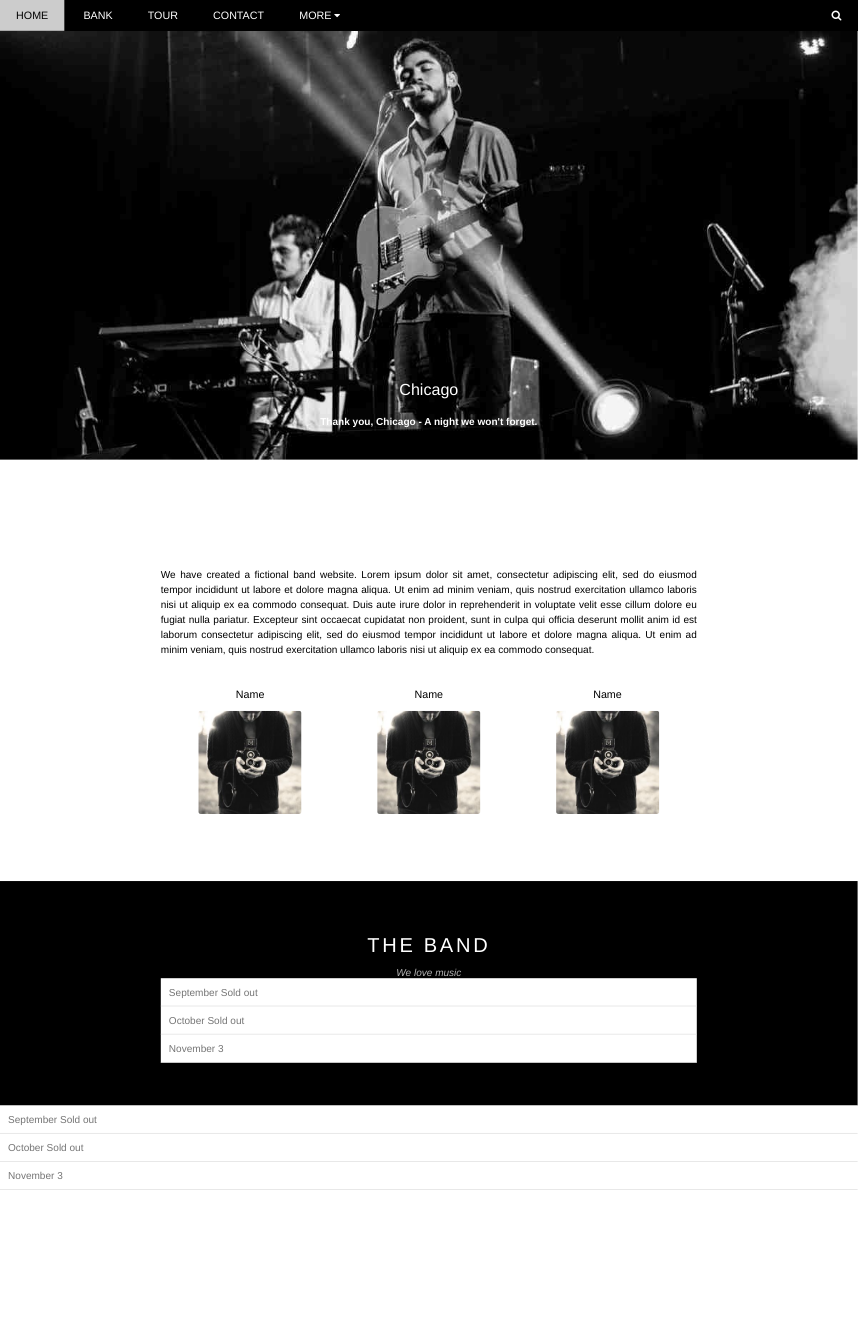
Repository: vuongtm1999/TheBand_W3School
Page: index.html
The author's editor kept a copy of each file at every save. The page is drawn from the files as they stood at one save, then again after the next save.
The browser window is 1280 px wide. The pictures show the whole page, at 67% of full size.

Above is the page before, as saved 2022-08-26 15:21:00.

### index.html
<!DOCTYPE html>
<html lang="en">
<head>
    <meta charset="UTF-8">
    <meta http-equiv="X-UA-Compatible" content="IE=edge">
    <meta name="viewport" content="width=device-width, initial-scale=1.0">
    <title>Document</title>
    <link rel="stylesheet" href="./assets/css/style.css">
    <link rel="stylesheet" href="https://cdnjs.cloudflare.com/ajax/libs/font-awesome/4.7.0/css/font-awesome.min.css">

</head>
<body>
        <div id="header">
            <!-- begin: nav -->
            <ul id="nav">
                <li><a href="#">Home</a></li>
                <li><a href="#">Bank</a></li>
                <li><a href="#">Tour</a></li>
                <li><a href="#">Contact</a></li>
                <li>
                    <a href="#">More <i style="font-size: 15px;" class="fa fa-caret-down"></i></a>
                    <ul class="subnav">
                        <li><a href="#">Merchandise</a></li>
                        <li><a href="#">Extras</a></li>
                        <li><a href="#">Media</a></li>
                    </ul>
                </li>
            </ul>
            <!-- end: nav -->

            <!-- begin: search button -->
            <div class="search-button">
                <i class="fa fa-search"></i>
            </div>
            <!-- end: search button -->
        </div>

        <div id="slider">
            <div class="text-content">
                <div class="container">
                    <h3 class=text-heading>
                        Chicago
                    </h3>
                    <div class="text-description">
                        Thank you, Chicago - A night we won't forget.
                    </div>
                </div>
            </div>
        </div>

        <div id="content">
            <!-- about section -->
            <div class="content-section">
                <h2 class="section-heading">THE BAND</h2>
                <p class="section-sub-heading">We love music</p>
                <p class="section-about-text">We have created a fictional band website. Lorem ipsum dolor sit amet, consectetur adipiscing elit, sed do eiusmod tempor incididunt ut labore et dolore magna aliqua. Ut enim ad minim veniam, quis nostrud exercitation ullamco laboris nisi ut aliquip ex ea commodo consequat. Duis aute irure dolor in reprehenderit in voluptate velit esse cillum dolore eu fugiat nulla pariatur. Excepteur sint occaecat cupidatat non proident, sunt in culpa qui officia deserunt mollit anim id est laborum consectetur adipiscing elit, sed do eiusmod tempor incididunt ut labore et dolore magna aliqua. Ut enim ad minim veniam, quis nostrud exercitation ullamco laboris nisi ut aliquip ex ea commodo consequat.</p>

                <div class="member-list">

                    <div class="member-item">
                        <p class="member-name">Name</p>
                        <img class="member-image" src="assets/img/bandmember.jpg" alt="member">
                    </div>

                    <div class="member-item">
                        <p class="member-name">Name</p>
                        <img class="member-image" src="assets/img/bandmember.jpg" alt="member">
                    </div>

                    <div class="member-item">
                        <p class="member-name">Name</p>
                        <img class="member-image" src="assets/img/bandmember.jpg" alt="member">
                    </div>

                    <div class="clearFloat"></div>
                </div>
            </div>

            <!-- TOUR DATES section -->
            <div class="tour-section">
                <div class="content-section">
                    <h2 class="section-heading">THE BAND</h2>
                    <p class="section-sub-heading">We love music</p>

                    <ul class="ticket-list">
                        <li>September <span class="soldout">Sold out</span></li>
                        <li>October <span class="soldout">Sold out</span></li>
                        <li>November <span class="quantity">3</span></li>
                    </ul>
                </div>
            </div>
            <ul class="ticket-list">
                <li>September <span class="soldout">Sold out</span></li>
                <li>October <span class="soldout">Sold out</span></li>
                <li>November <span class="quantity">3</span></li>
            </ul>

            <!-- CONTACT section -->
            <div class="content-section">
                <h2 class="section-heading">THE BAND</h2>
                <p class="section-sub-heading">We love music</p>
            </div>

        </div>

        <div id="footer">

        </div>
    </div>
</body>
</html>

### assets/css/style.css
/* reset CSS */
* {
    margin: 0;
    padding: 0;
    box-sizing: border-box;
}

html {
    font-family: Helvetica, Arial, sans-serif;
}

#nav, .subnav, li{
    list-style-type: none;
}

#nav{
    display: inline-block;
}

/*
Nguyen tac lam viec
1. Vi tri
2. Kich thuoc
3. Mau sac
4. Kieu dang (kieu chu, hinh tron hay hinh vuong,...)
*/

/*
Tu ngoai vao trong
Tu tren xuong duoi
TU tong quan den chi tiet
 */

#main {}

#header {
    position: fixed;
    z-index: 1;
    height: 46px;
    background-color: #000;
    color: #fff;
    top: 0;
    left: 0;
    right: 0;
}

#nav li {
    text-decoration: none;
    line-height: 46px;
}

a{
    text-decoration: none;
}

#nav > li > a {
    /* display: inline-block; */
    padding: 0px 24px;
    color: #ffffff;
    text-transform: uppercase;
}

#nav > li {
    display: inline-block;
}

#nav li:last-child {
    position: relative;
}

#nav .subnav {
    background-color: #fff;
    position: absolute;
    display: none;
    top: 100%;
    left: 0;
    box-shadow:  0px 0px 10px rgba(0, 0, 0, 0.3);
    min-width: 160px;
}

#nav .subnav a{
    color: #000;
    padding: 0px 12px;
    line-height: 30px;
    display: inline-block;
    width: 100%;
}

#nav .subnav li:hover,
#nav > li:hover > a {
    color: #000;
    background-color: #ccc;
    display: block;
}

#nav > li:last-child:hover .subnav{
    display: block;
}

/* search btn */
#header .search-button{
    float: right;
    line-height: 46px;
    padding: 0 24px;
}

#header .search-button:hover{
    background-color: #f44336;
    cursor: pointer;
}

#slider {
    /* background-color: rgb(27, 22, 22); */
    margin-top: 46px;
/* padding-top bang 50% chieu rong cua thanh phan do */
    padding-top: 50%;
    position: relative;
    background: url("/assets/img/chicago.jpg") top center / cover no-repeat;
}

#slider .text-content{
    position: absolute;
    color: white;
    bottom: 48px;

    /* cach 1 */
    /* left: 50%;
    transform: translateX(-50%); */
    /* cach 2 */
    /* left: 0;
    right: 0; */
    /* cach 3 */
    width: 100%;
    text-align: center;
}

.text-heading{
    font-size: 24px;
    font-weight: 400;
}

.text-description{
    margin-top: 25px;
    font-weight: bolder;
    font-size: 15px;
}

#content .content-section{
    width: 800px;
    padding: 64px 0;
    margin-left: auto;
    margin-right: auto;
}

.content-section .section-heading,
.content-section .section-about-text{
    margin: 15px 0px;
}

.content-section .section-heading,
.content-section .section-sub-heading{
    text-align: center;
}

.content-section .section-sub-heading{
    font-size: 15px;
    opacity: 0.7;
    font-style: italic;
}

.content-section .section-heading{
    font-size: 30px;
    font-weight: 500;
    letter-spacing: 4px;
}

.content-section .section-about-text{
    /* line-height khong co px */
    line-height: 1.5;
    font-size: 15px;
    text-align: justify;
}

.content-section .member-item{
    float: left;
    width: calc(100%/3);

    /* width: 33.333%; */
}

.content-section .member-list{
    margin: 32px 0;
    text-align: center;

    /* Khac phuc khi dung float :left */
    /* overflow: hidden; */
}

.content-section .member-name{
    /* text-align: center; */
}

.content-section .member-name{
    margin: 15px 0;
}

.content-section .member-image{
    width: 154px;
    border-radius: 4px;
}

.content-section .clearFloat{
    /* Khac phuc khi dung float :left */
    clear: both;
}

/* Tour section */
.tour-section{
    background-color: #000;
}

/*  begin: tour section */
.section-heading,
.section-sub-heading{
    color: white;
}

.ticket-list{
    background-color: white;
}

.ticket-list > li{
    font-size: 15px;
    padding: 12px;
    border-bottom: 1px solid #ddd;
    color: #757575;
}

.soldout{

}

.quantity{

}


#container {
    /* height: 500px;
    background-color: #ccc; */
}

#content {}

#footer {}

After the next save:
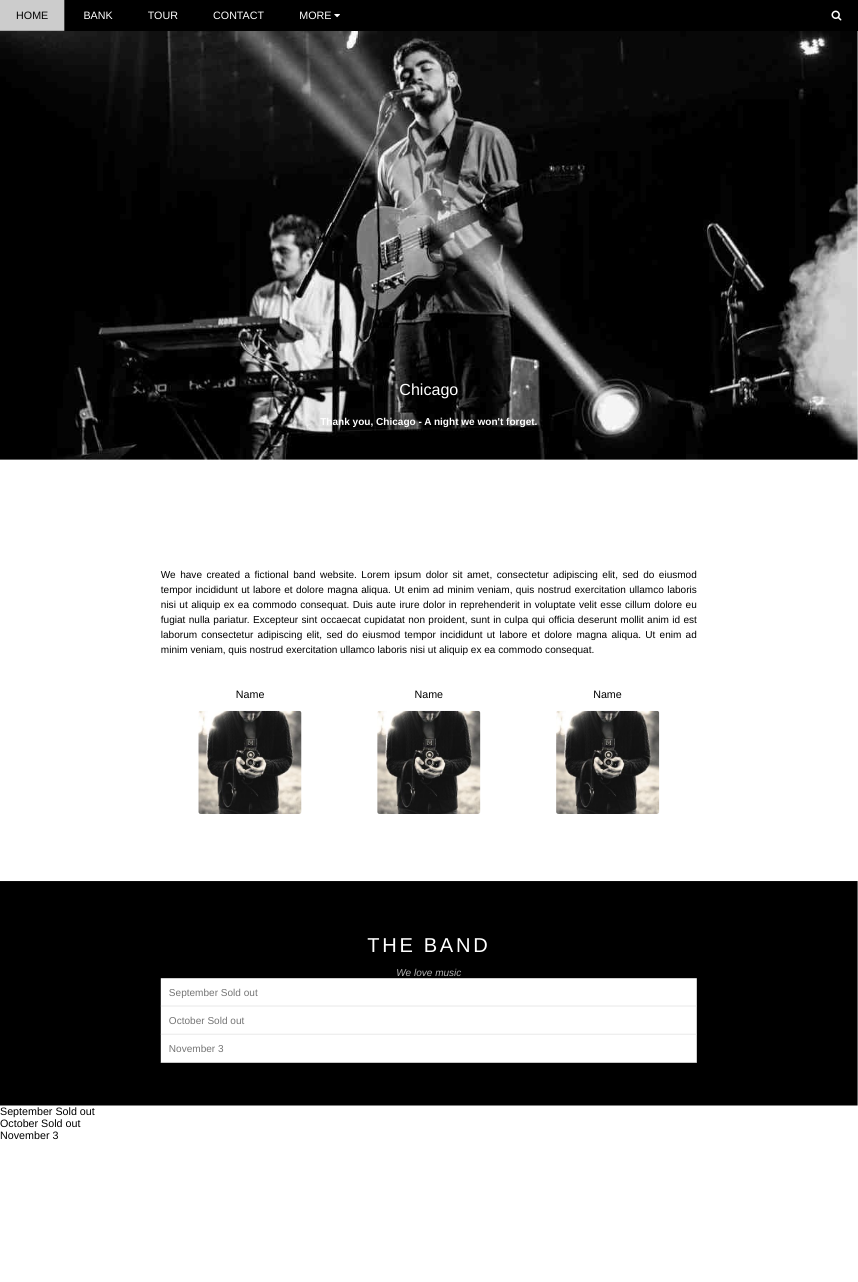
Saved 13 s later.
--- a/index.html
+++ b/index.html
@@ -89,10 +89,10 @@
                     </ul>
                 </div>
             </div>
-            <ul class="ticket-list">
-                <li>September <span class="soldout">Sold out</span></li>
-                <li>October <span class="soldout">Sold out</span></li>
-                <li>November <span class="quantity">3</span></li>
+            <ul class="t">
+                <li>September <span class="solsdout">Sold out</span></li>
+                <li>October <span class="soldosut">Sold out</span></li>
+                <li>November <span class="quanstity">3</span></li>
             </ul>
 
             <!-- CONTACT section -->
